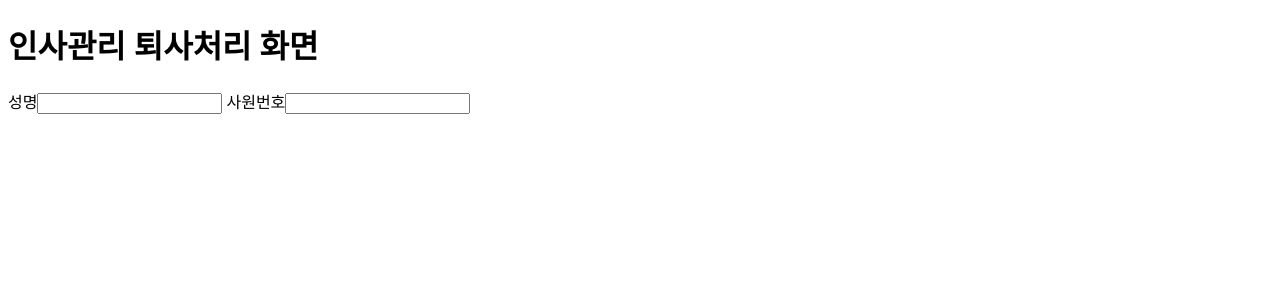
Repository: alsdud0301/jsp_study
Page: http://localhost/practice1/resign.jsp
An editor plug-in stored every save of this project. The page is shown before and after the next save, followed by the edit.
The browser window is 1280 px wide. The pictures show the whole page.
The page is served by Tomcat 9.

Above is the page before, as saved 2025-05-21 13:13:31.

After the next save:
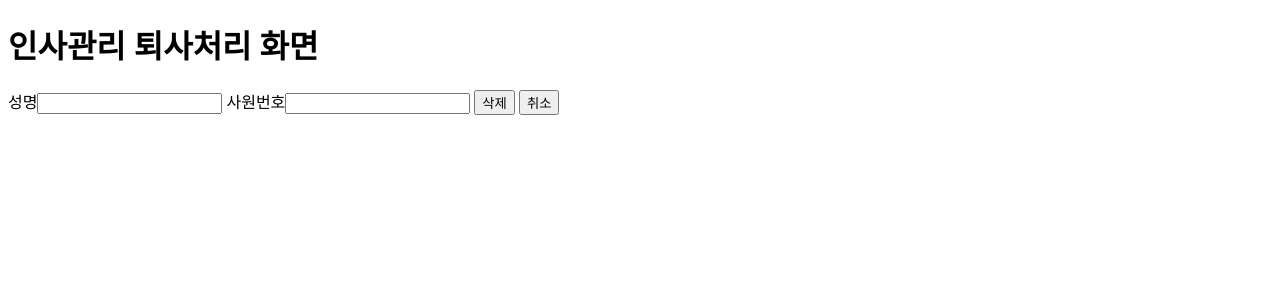
Saved 43 s later.
--- a/practice1/src/main/webapp/resign.jsp
+++ b/practice1/src/main/webapp/resign.jsp
@@ -11,6 +11,8 @@
 	<form method="post" action="./delete">
 	성명<input type="text" name="name">
 	사원번호<input type="text" name="id">
+	<input type="submit" value="삭제">
+	<input type="button" value="취소" onclick="location.href='./index.jsp'">
 	</form>
 </body>
 </html>
